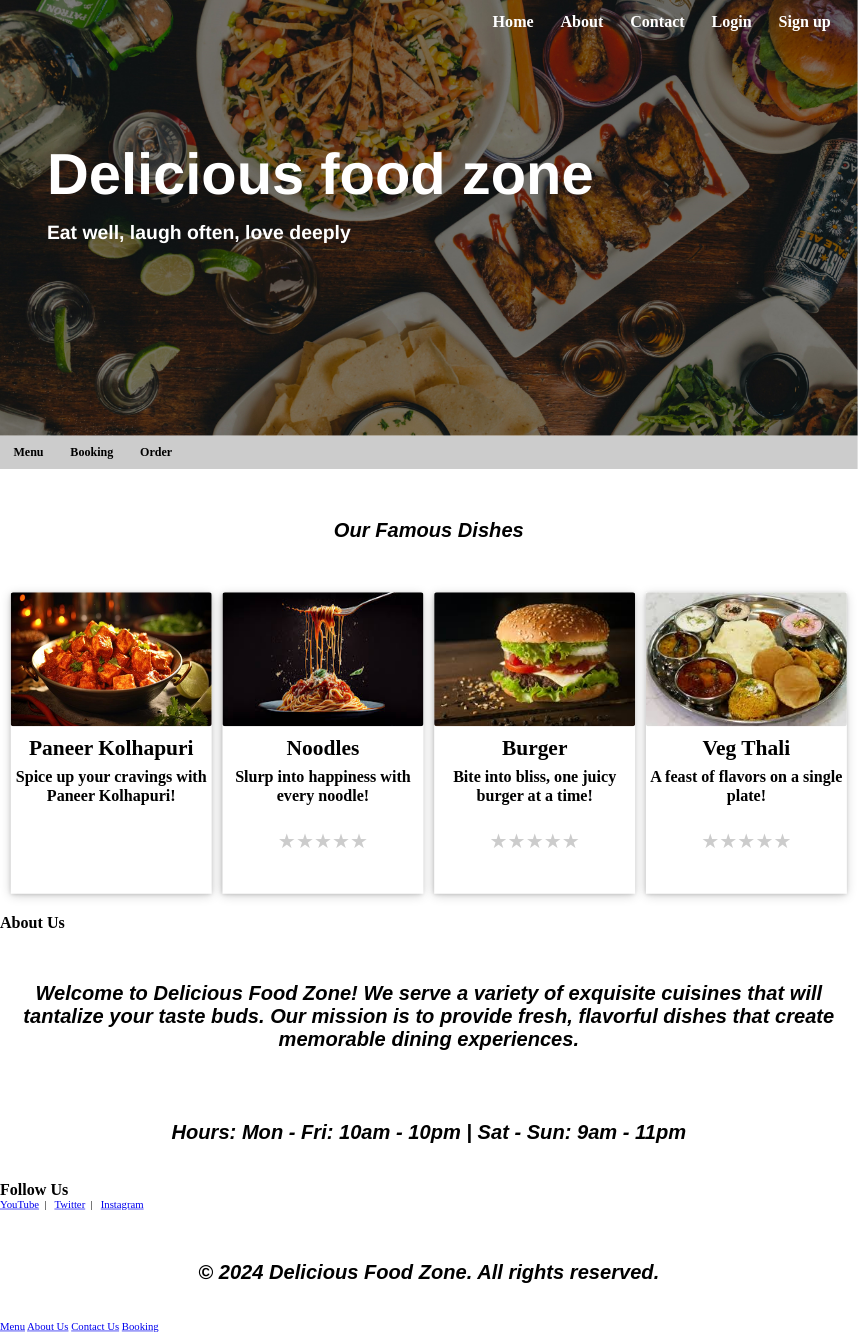
Repository: Shreya-Bonde/Restaurant-management-system
Page: index.html
The author's editor kept a copy of each file at every save. The page is drawn from the files as they stood at one save, then again after the next save.
The browser window is 1280 px wide. The pictures show the whole page, at 67% of full size.

Above is the page before, as saved 2024-11-08 23:29:02.

After the next save:
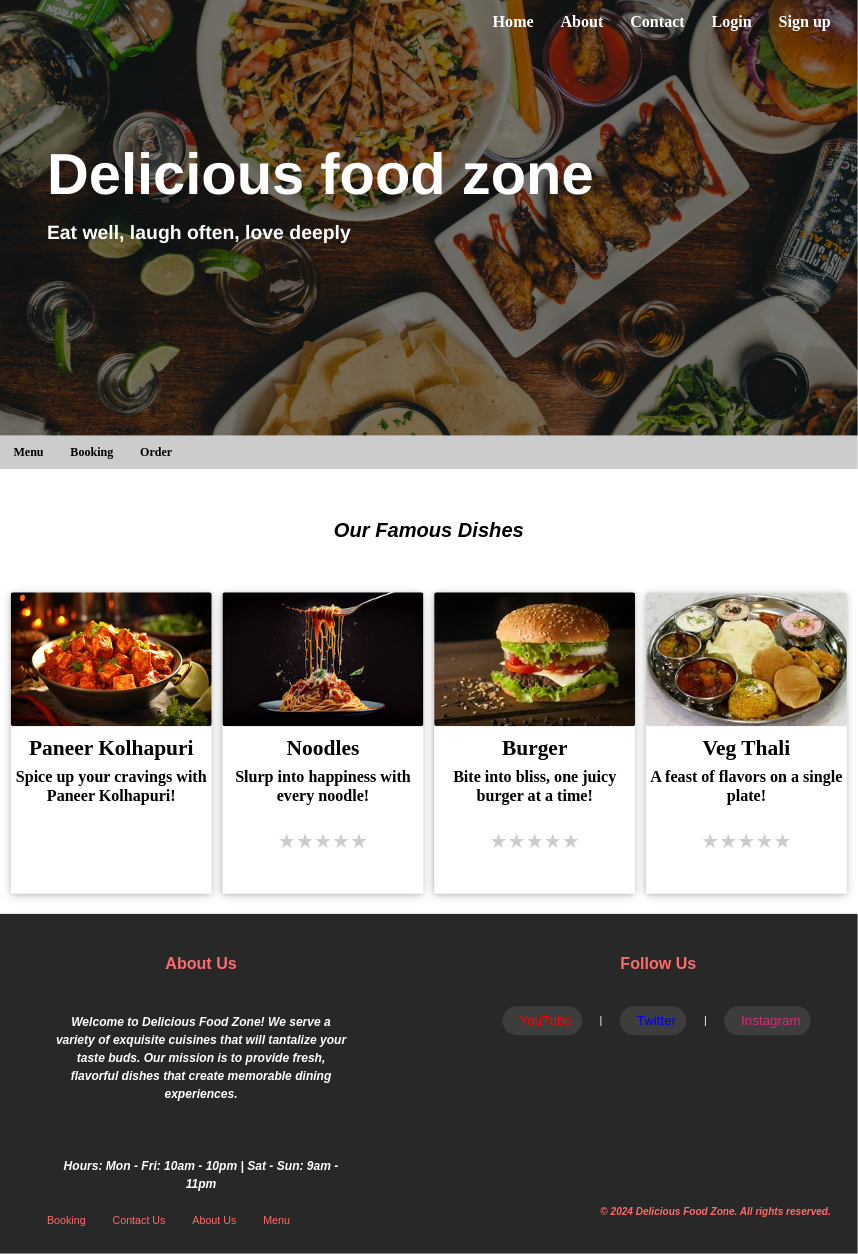
Saved 6 s later.
--- a/style.css
+++ b/style.css
@@ -151,8 +151,8 @@
     font-size: 30px;
     cursor: pointer;
     color: #ccc; /* Default star color */
-    /* transition: color 0.2s ease;
-} */
+    transition: color 0.2s ease;
+}
 
 /* .rating .star:hover,
 .rating .star.active { */

After the save that followed:
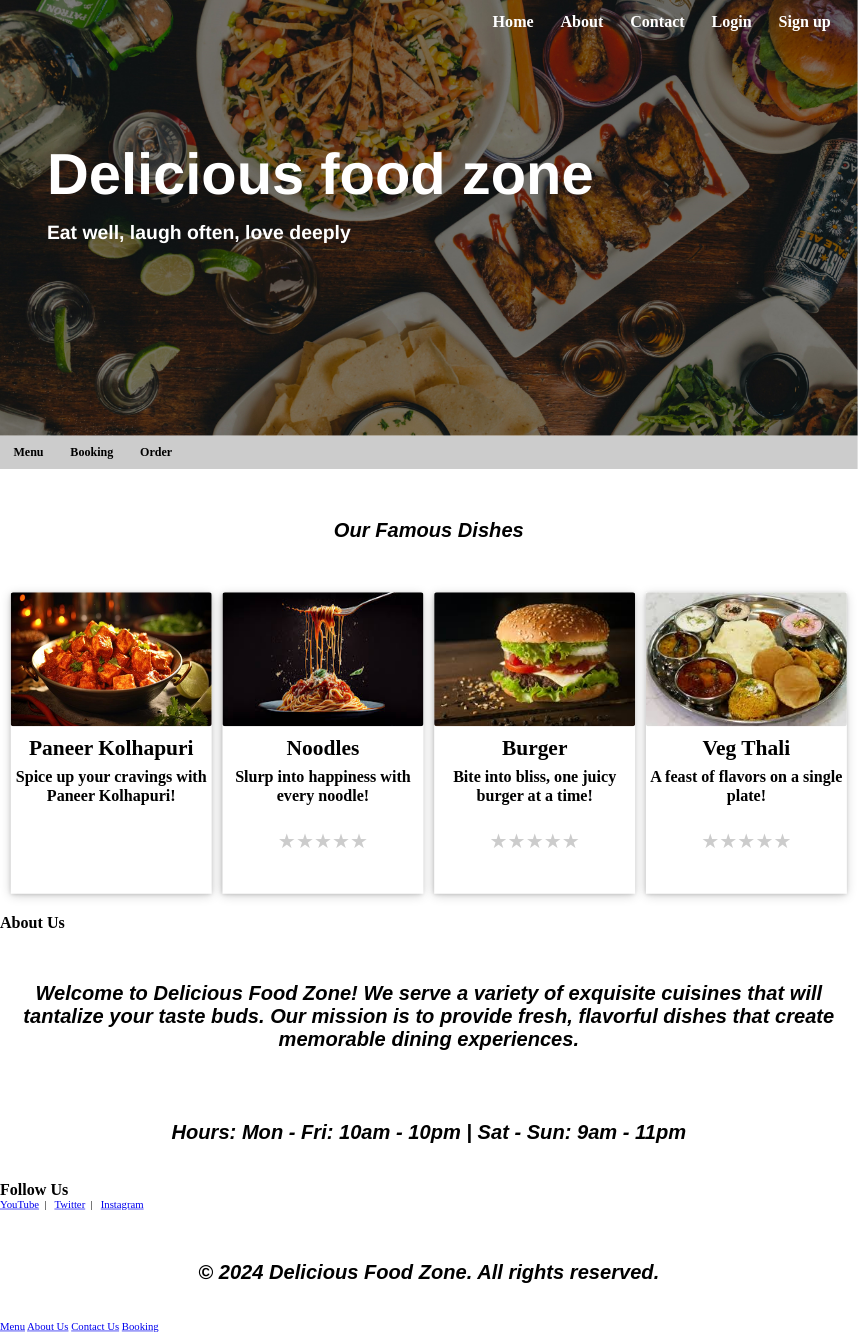
Saved 4 s later.
--- a/style.css
+++ b/style.css
@@ -154,10 +154,10 @@
     transition: color 0.2s ease;
 }
 
-/* .rating .star:hover,
+.rating .star:hover,
 .rating .star.active { */
     /* color: #ffcc00; Star color on hover and when active */
-/* } */
+/* }
 
 /* "selected" stars keep the color yellow even after hover */
 /* .rating .star.selected { */
